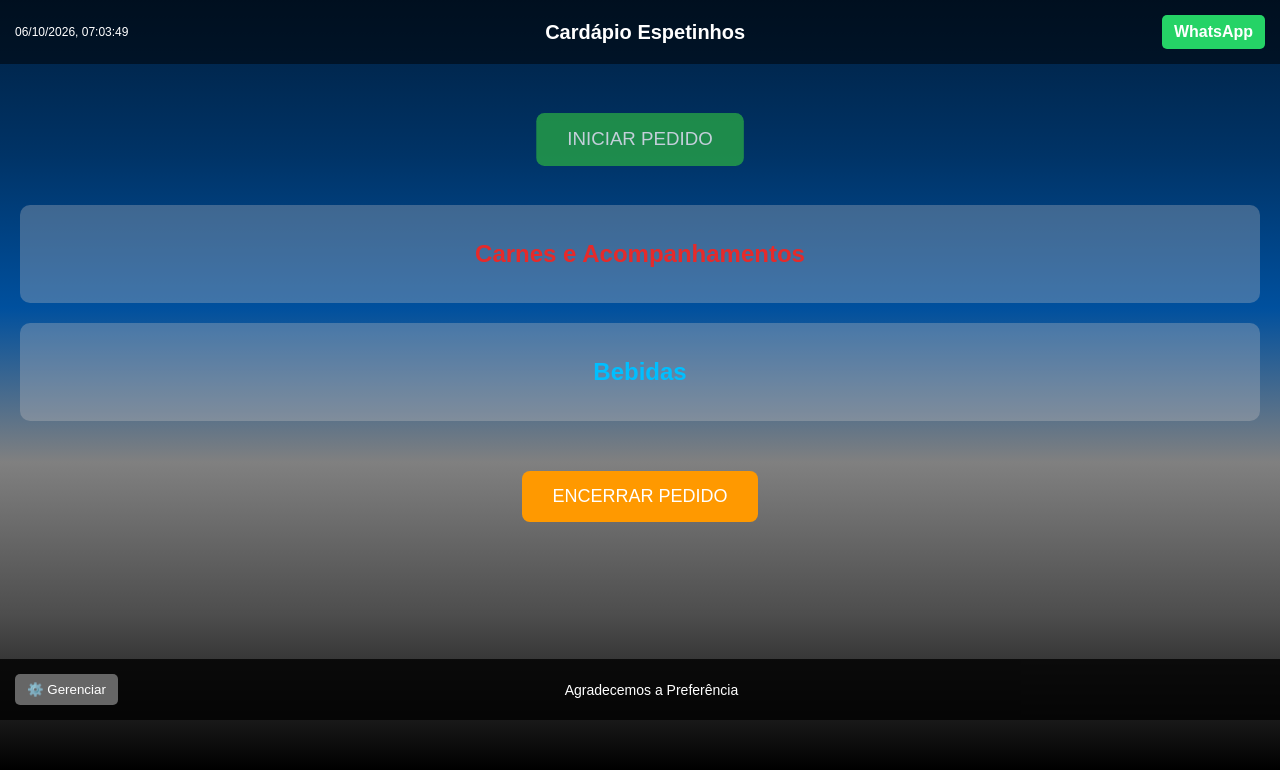
Repository: JeffRodFer/skewersOrder
Page: frontend/index.html
These files come from the project's save history. The page is drawn as it stood at one moment and after the next save; the edit follows.
The browser window is 1280 px wide. The pictures show the whole page.
The page's requests for data from a server got no answer.

Above is the page before, as saved 2026-10-18 08:44:01.

After the next save:
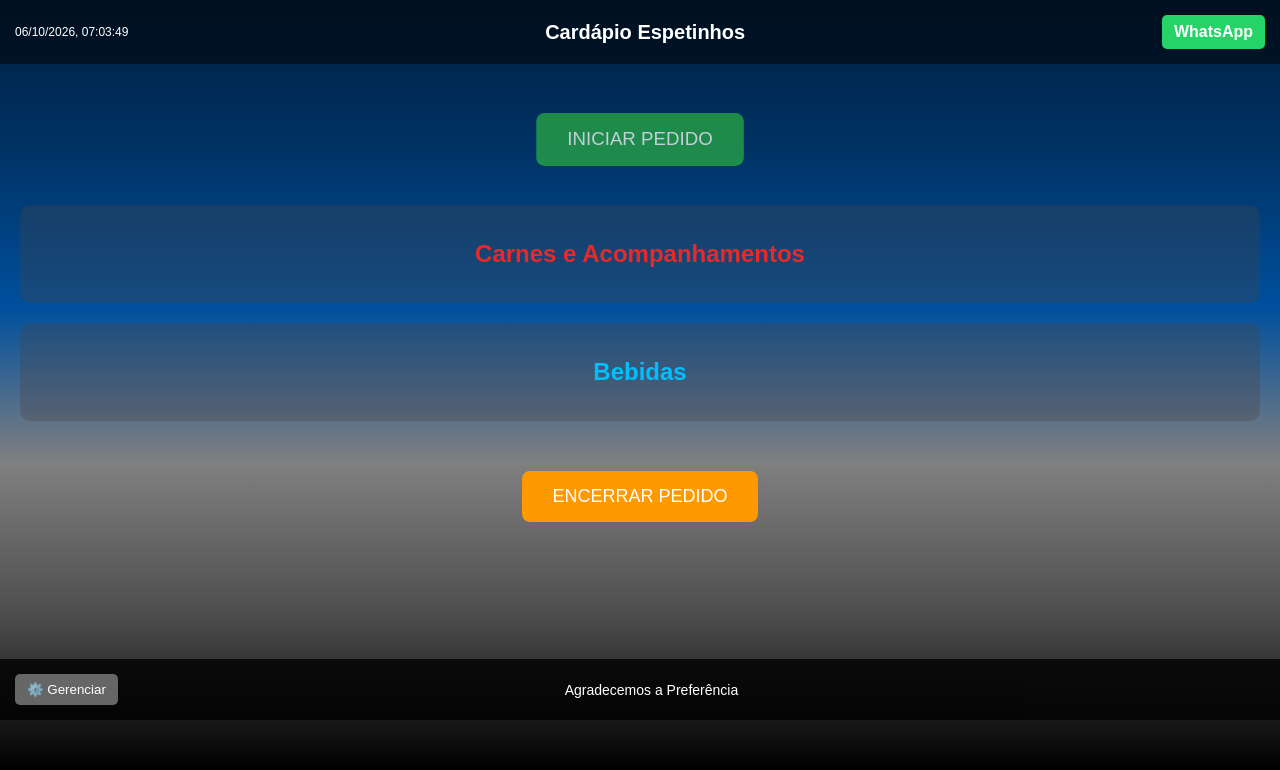
Saved 4 s later.
--- a/frontend/style.css
+++ b/frontend/style.css
@@ -108,7 +108,7 @@ header {
 .secao-produtos {
     margin: 20px;
     padding: 15px;
-    background: rgba(203, 196, 196, 0.308);
+    background: rgba(73, 67, 67, 0.308);
     border-radius: 10px;
 }
 
